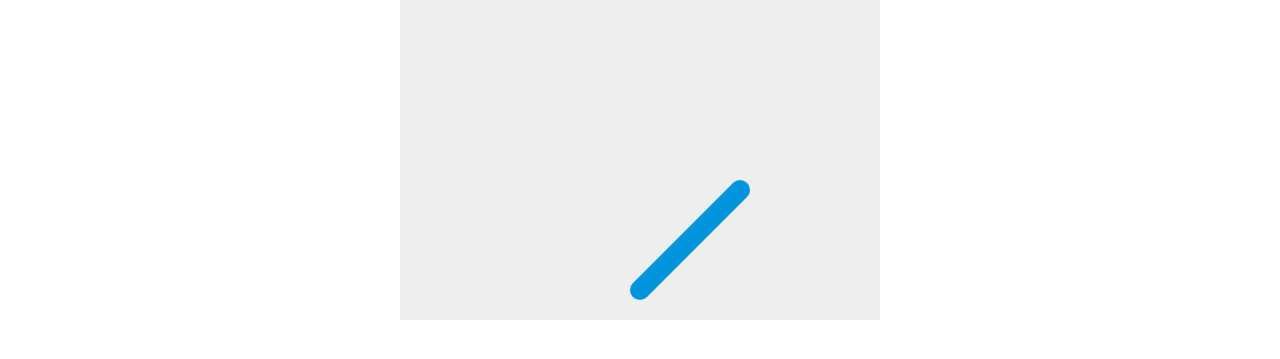
Repository: hara-PG/javascript_operation
Page: block_game/index.html
An editor plug-in stored every save of this project. The page is shown before and after the next save, followed by the edit.
The browser window is 1280 px wide. The pictures show the whole page.

Above is the page before, as saved 2022-06-21 16:27:14.

### block_game/index.html
<!DOCTYPE html>
<html lang="ja">
  <head>
    <meta charset="UTF-8" />
    <meta http-equiv="X-UA-Compatible" content="IE=edge" />
    <meta name="viewport" content="width=device-width, initial-scale=1.0" />
    <title>Game Canvas Workshop</title>
    <link rel="stylesheet" href="style.css" />
  </head>
  <body>
    <canvas id="myCanvas" width="480" height="320"></canvas>

    <script type="text/javascript" src="game.js"></script>
  </body>
</html>

### block_game/style.css
* {
  padding: 0;
  margin: 0;
}
canvas {
  background: #eee;
  display: block;
  margin: auto;
}

### block_game/game.js
const canvas = document.getElementById("myCanvas"); // DOMでidの要素を変数canvasに代入
const ctx = canvas.getContext("2d");

// ctx.beginPath();
// ctx.rect(20, 40, 50, 50);
// ctx.fillStyle = "#FF0000";
// ctx.fill();
// ctx.closePath();

// ctx.beginPath();
// ctx.arc(240, 160, 20, 0, Math.PI * 2, false);
// ctx.fillStyle = "green";
// ctx.fill();
// ctx.closePath();

// ctx.beginPath();
// ctx.rect(160, 10, 100, 40);
// ctx.fillStyle = "rgba(0,0,255,0.5)";
// ctx.fill();
// ctx.closePath();

let x = canvas.width / 2;
let y = canvas.height - 30;
let dx = 2;
let dy = -2;

function draw() {
  ctx.beginPath();
  ctx.arc(x, y, 10, 0, Math.PI * 2);
  ctx.fillStyle = "#0095DD";
  ctx.fill();
  ctx.closePath();
  x += dx;
  y += dy;
}
setInterval(draw, 100);

draw();

After the next save:
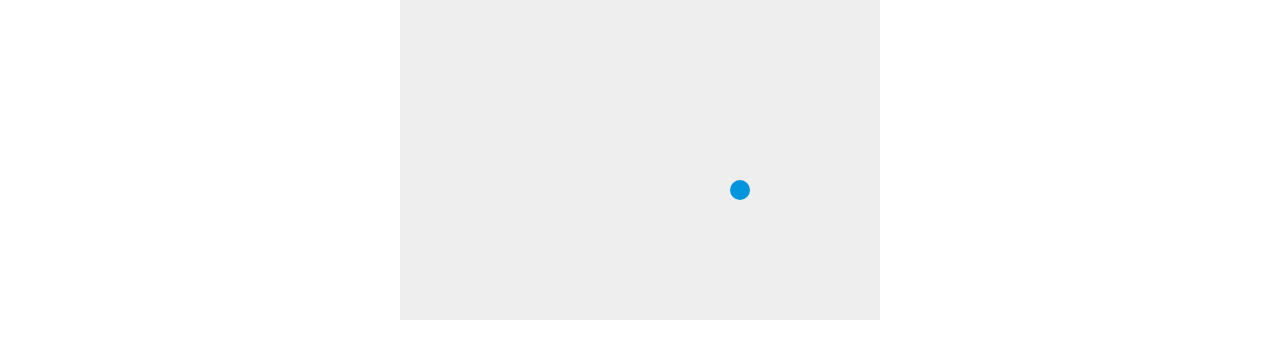
Saved 5 min 48 s later.
--- a/block_game/game.js
+++ b/block_game/game.js
@@ -25,6 +25,7 @@ let dx = 2;
 let dy = -2;
 
 function draw() {
+  ctx.clearRect(0, 0, canvas.width, canvas.height);
   ctx.beginPath();
   ctx.arc(x, y, 10, 0, Math.PI * 2);
   ctx.fillStyle = "#0095DD";
